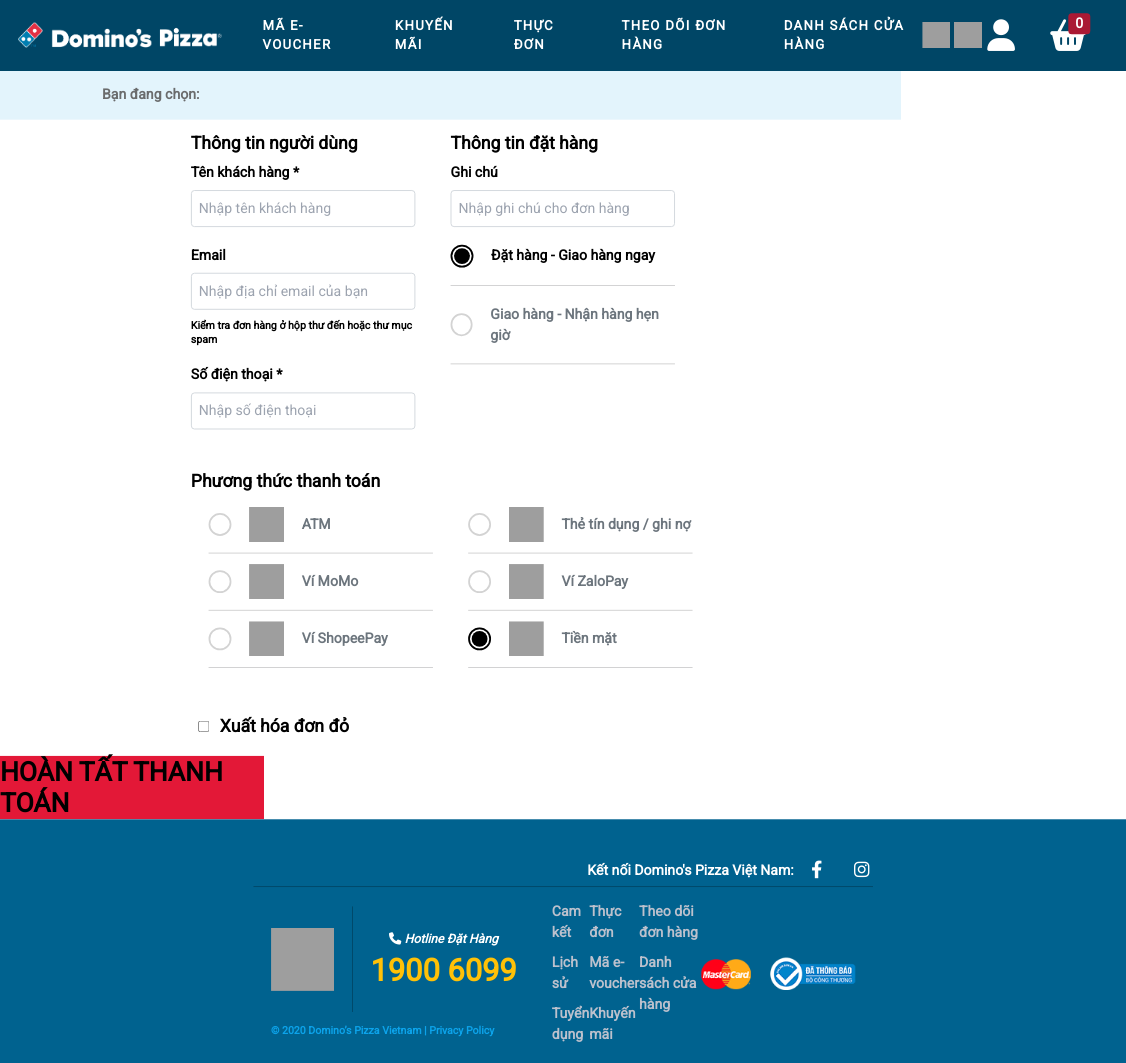
Repository: iphoneboy46/pizza-domino
Page: /thanhtoan
The author's editor kept a copy of each file at every save. The page is drawn from the files as they stood at one save, then again after the next save.
The browser window is 1280 px wide. The pictures show the whole page, at 88% of full size.
Pictures or frames that could not be fetched are drawn as grey boxes. The page's requests for data from a server got no answer. Some web libraries are served in a nearby version. The project was rebuilt for these pictures with package versions that can differ from the ones it lists, and the page was loaded fresh each time. No one was signed in, and anything a server would have sent is missing. Also part of the build but not shown: src/components/Slides/Slides.css, src/components/Slides/Slides.js, src/components/SearchAddress/SearchAddress.css, src/components/SearchAddress/SearchAddress.js, src/components/page/Order/Order.js, src/components/page/Home/Home.css, src/components/page/Login/Login.css, src/components/page/InputField/InputField.js and 35 more.

Above is the page before, as saved 2023-03-01 14:14:11.

After the next save:
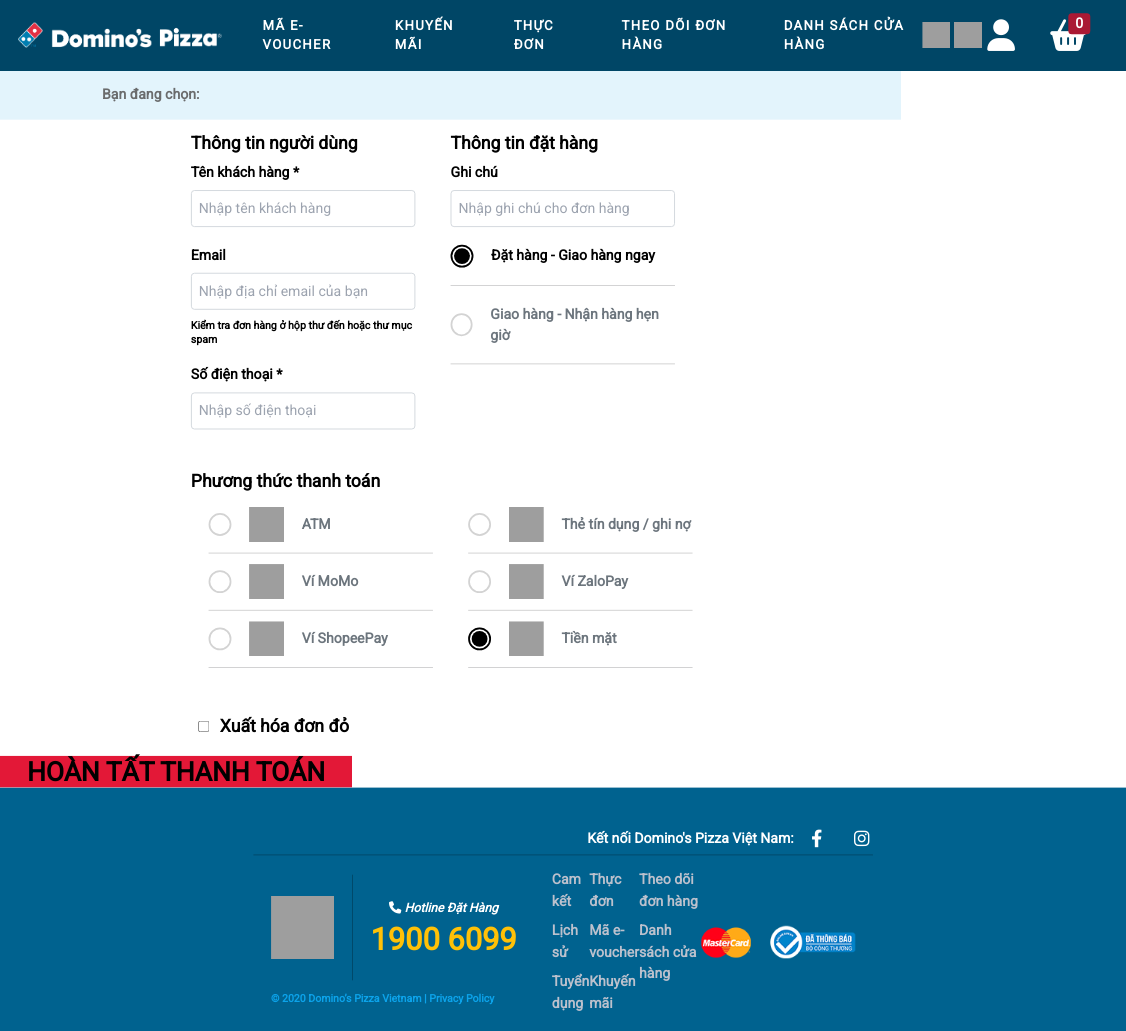
Saved 14 s later.
--- a/src/components/page/ThanhToan/ThanhToan.js
+++ b/src/components/page/ThanhToan/ThanhToan.js
@@ -415,7 +415,7 @@
               </div>
             )}
           </div>
-          <div className="flex justify-center font-bold text-3xl uppercase bg-[#E31837] w-[300px]">Hoàn tất thanh toán</div>
+          <div className="flex justify-center font-bold text-3xl uppercase bg-[#E31837] w-[400px]">Hoàn tất thanh toán</div>
         </div>
 
         <div className="w-[20%]"></div>
